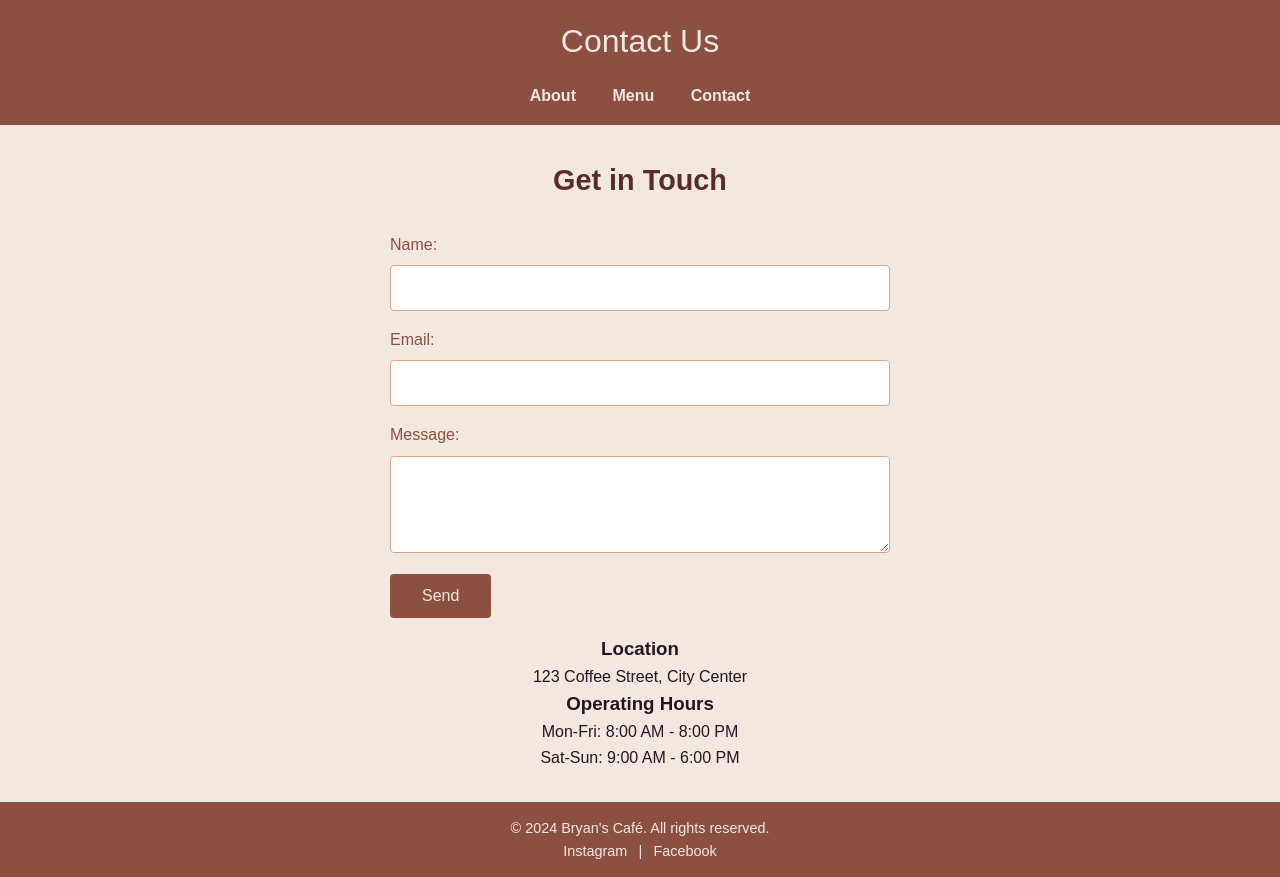
Repository: julianpedrazajf/bryancafe
Page: contact.html
These files come from the project's save history. The page is drawn as it stood at one moment and after the next save; the edit follows.
The browser window is 1280 px wide. The pictures show the whole page.

Above is the page before, as saved 2024-11-04 07:53:40.

### contact.html
<!DOCTYPE html>
<html lang="en">
<head>
    <meta charset="UTF-8">
    <meta name="viewport" content="width=device-width, initial-scale=1.0">
    <title>Contact - Bryan's Café</title>
    <link rel="stylesheet" href="assets/css/style.css">
</head>
<body>
    <header>
        <h1>Contact Us</h1>
        <nav>
            <a href="index.html">About</a>
            <a href="menu.html">Menu</a>
            <a href="contact.html">Contact</a>
        </nav>
    </header>

    <section id="contact">
        <h2>Get in Touch</h2>
        <form action="#" method="post">
            <label for="name">Name:</label>
            <input type="text" id="name" name="name" required>
            <label for="email">Email:</label>
            <input type="email" id="email" name="email" required>
            <label for="message">Message:</label>
            <textarea id="message" name="message" rows="5" required></textarea>
            <button type="submit">Send</button>
        </form>
        <h3>Location</h3>
        <p>123 Coffee Street, City Center</p>
        <h3>Operating Hours</h3>
        <p>Mon-Fri: 8:00 AM - 8:00 PM<br>Sat-Sun: 9:00 AM - 6:00 PM</p>
    </section>

    <footer>
        <p>© 2024 Bryan's Café. All rights reserved.</p>
        <div>
            <a href="#">Instagram</a> | <a href="#">Facebook</a>
        </div>
    </footer>
</body>
</html>

### assets/css/style.css
/* Basic Reset */
* {
    margin: 0;
    padding: 0;
    box-sizing: border-box;
}

/* Font and Background */
body {
    font-family: Arial, sans-serif;
    color: #261420; /* Dark coffee bean color for primary text */
    background-color: #F2E8DF; /* Light cream color for background */
    line-height: 1.6;
}

/* Header Styling */
header {
    background-color: #8C5042; /* Rich brown */
    color: #F2E8DF; /* Light cream for text */
    padding: 1em;
    text-align: center;
}

header h1 {
    font-size: 2em;
    font-weight: normal;
    margin-bottom: 0.5em;
}

nav a {
    color: #F2E8DF;
    margin: 0 1em;
    text-decoration: none;
    font-weight: bold;
}

nav a:hover {
    color: #D9A689; /* Soft beige accent */
}

/* Section Styling */
section {
    padding: 2em;
    text-align: center;
}

#hero {
    background-color: #D9A689; /* Soft beige background */
    padding: 2em;
    color: #261420;
}

h2 {
    color: #592C28; /* Deep coffee brown */
    font-size: 1.8em;
    margin-bottom: 1em;
}

/* About Section */
#about p {
    font-size: 1.2em;
    max-width: 600px;
    margin: 1em auto;
    color: #261420;
}

/* Menu Section */
#menu ul {
    list-style: none;
    margin-top: 1em;
    padding: 0;
}

#menu li {
    font-size: 1.2em;
    margin: 0.5em 0;
    color: #8C5042; /* Rich brown for menu items */
}

/* Menu Grid Styling */
.menu-grid {
    display: grid;
    grid-template-columns: repeat(auto-fill, minmax(200px, 1fr));
    gap: 1.5em;
    padding: 2em 0;
}

.menu-item {
    background-color: #F2E8DF; /* Light cream */
    border: 1px solid #D9A689; /* Soft beige border */
    border-radius: 8px;
    text-align: center;
    padding: 1em;
    transition: transform 0.2s ease;
}

.menu-item img {
    width: 100%;
    height: auto;
    border-radius: 4px;
}

.menu-item h3 {
    color: #592C28; /* Deep coffee brown */
    font-size: 1.2em;
    margin: 0.5em 0;
}

.menu-item p {
    color: #8C5042; /* Rich brown */
    font-size: 1em;
}

.menu-item:hover {
    transform: scale(1.05);
}


/* Contact Section */
#contact form {
    max-width: 500px;
    margin: 1em auto;
    text-align: left;
}

#contact label {
    display: block;
    margin-bottom: 0.5em;
    color: #8C5042; /* Rich brown */
}

#contact input,
#contact textarea {
    width: 100%;
    padding: 0.8em;
    margin-bottom: 1em;
    border: 1px solid #D9A689; /* Beige border */
    border-radius: 4px;
    font-size: 1em;
}

#contact button {
    background-color: #8C5042; /* Rich brown */
    color: #F2E8DF; /* Light cream */
    padding: 0.8em 2em;
    border: none;
    border-radius: 4px;
    font-size: 1em;
    cursor: pointer;
}

#contact button:hover {
    background-color: #D9A689;
}

/* Footer Styling */
footer {
    background-color: #8C5042;
    color: #F2E8DF;
    padding: 1em;
    text-align: center;
    font-size: 0.9em;
}

footer p {
    margin: 0;
}

footer div a {
    color: #F2E8DF;
    margin: 0 0.5em;
    text-decoration: none;
}

footer div a:hover {
    color: #D9A689;
}

After the next save:
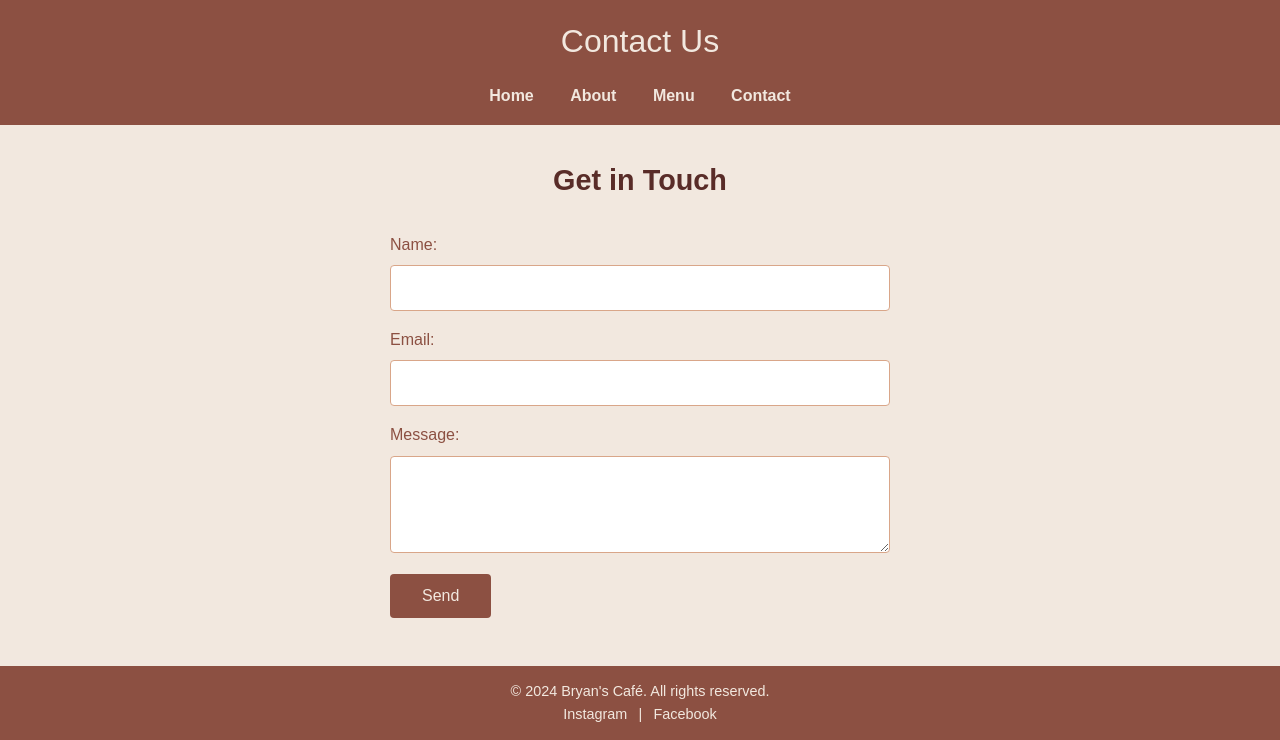
Saved 9 s later.
--- a/contact.html
+++ b/contact.html
@@ -10,7 +10,8 @@
     <header>
         <h1>Contact Us</h1>
         <nav>
-            <a href="index.html">About</a>
+            <a href="index.html">Home</a>
+            <a href="about.html">About</a>
             <a href="menu.html">Menu</a>
             <a href="contact.html">Contact</a>
         </nav>
@@ -27,10 +28,6 @@
             <textarea id="message" name="message" rows="5" required></textarea>
             <button type="submit">Send</button>
         </form>
-        <h3>Location</h3>
-        <p>123 Coffee Street, City Center</p>
-        <h3>Operating Hours</h3>
-        <p>Mon-Fri: 8:00 AM - 8:00 PM<br>Sat-Sun: 9:00 AM - 6:00 PM</p>
     </section>
 
     <footer>

After the save that followed:
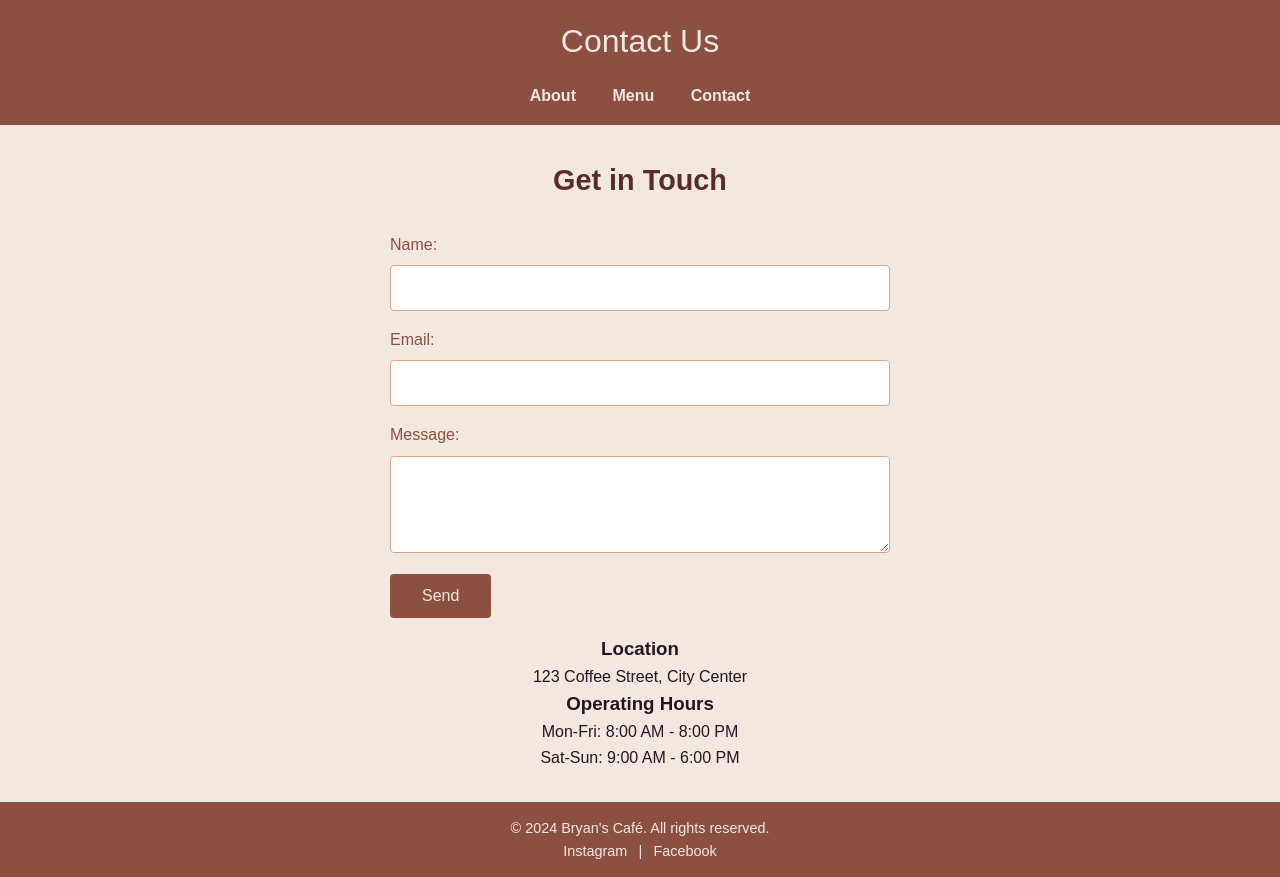
Saved 35 s later.
--- a/contact.html
+++ b/contact.html
@@ -10,8 +10,7 @@
     <header>
         <h1>Contact Us</h1>
         <nav>
-            <a href="index.html">Home</a>
-            <a href="about.html">About</a>
+            <a href="index.html">About</a>
             <a href="menu.html">Menu</a>
             <a href="contact.html">Contact</a>
         </nav>
@@ -28,6 +27,10 @@
             <textarea id="message" name="message" rows="5" required></textarea>
             <button type="submit">Send</button>
         </form>
+        <h3>Location</h3>
+        <p>123 Coffee Street, City Center</p>
+        <h3>Operating Hours</h3>
+        <p>Mon-Fri: 8:00 AM - 8:00 PM<br>Sat-Sun: 9:00 AM - 6:00 PM</p>
     </section>
 
     <footer>
